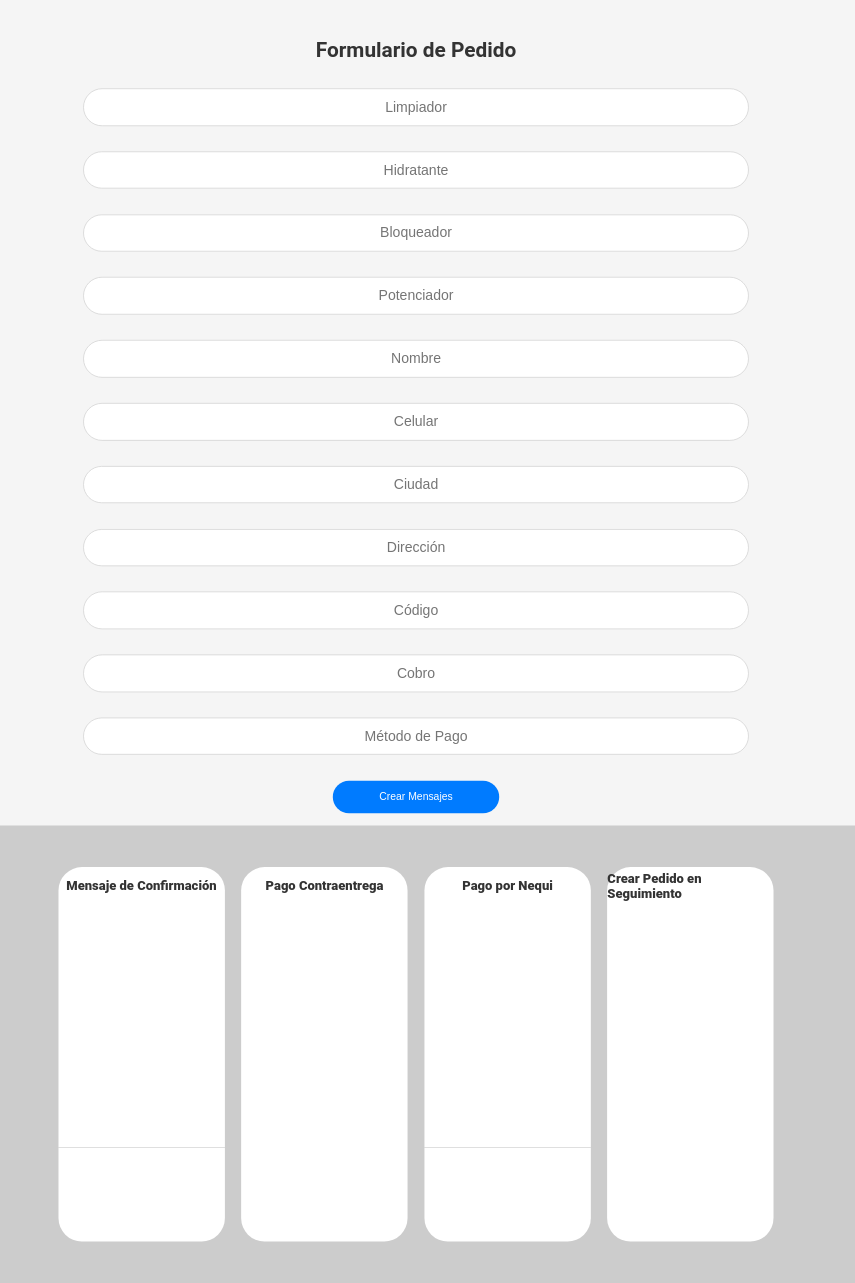
Repository: aCoupon0/intranet
Page: 1/venta-1.html
The author's editor kept a copy of each file at every save. The page is drawn from the files as they stood at one save, then again after the next save.
The browser window is 1280 px wide. The page is 1316 px wide, so the pictures cover 1316 px, including what lies to the right of the window. The pictures show the whole page, at 65% of full size.

Above is the page before, as saved 2024-12-09 13:45:32.

After the next save:
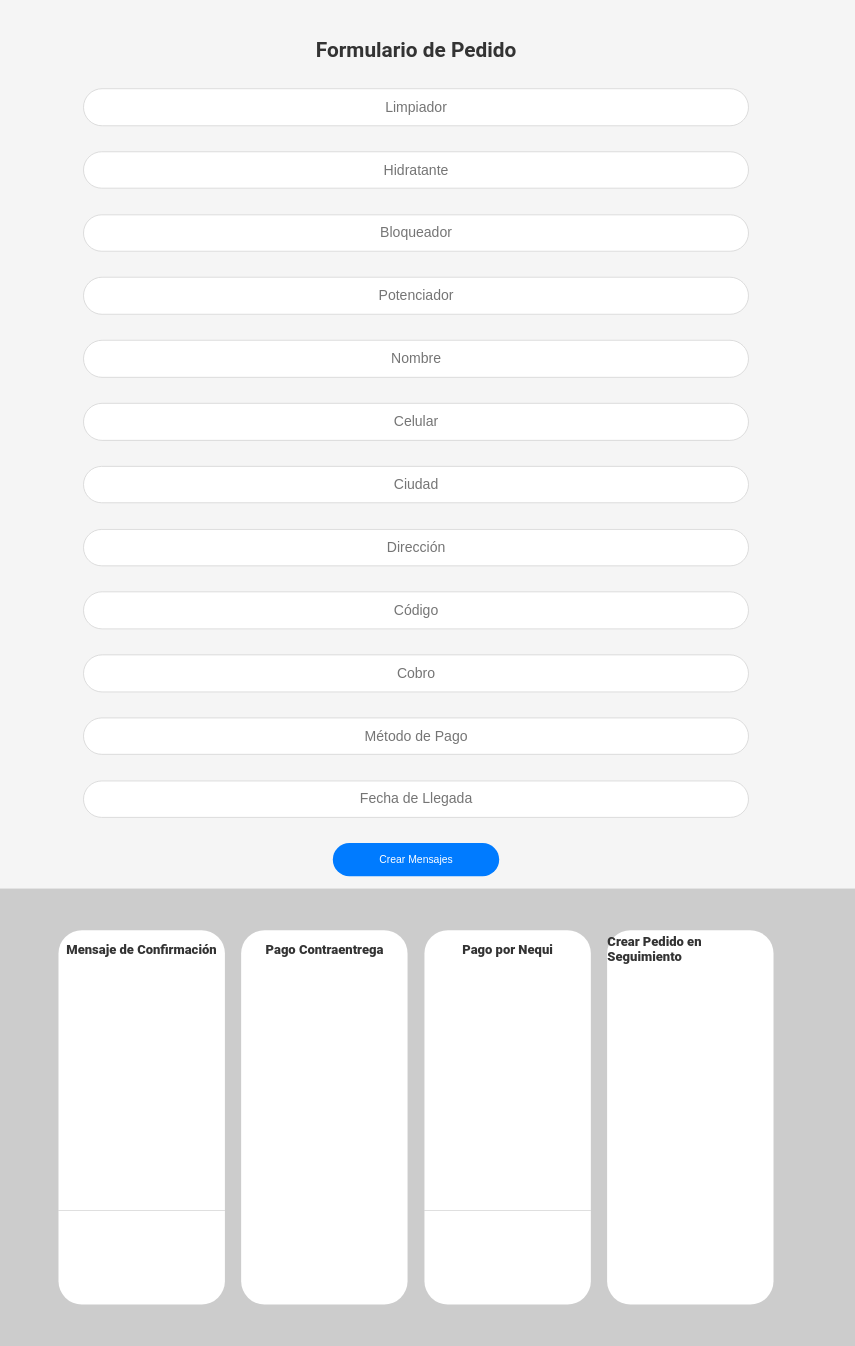
Saved 49 min 22 s later.
--- a/1/venta-1.html
+++ b/1/venta-1.html
@@ -27,6 +27,7 @@
     <input type="text" id="input-codigo" class="input-texto" placeholder="Código">
     <input type="text" id="input-cobro" class="input-texto" placeholder="Cobro">
     <input type="text" id="input-metodo" class="input-texto" placeholder="Método de Pago">
+    <input type="text" id="input-fecha" class="input-texto" placeholder="Fecha de Llegada">
 
     <!-- Botón para enviar -->
     <button id="boton-enviar" class="boton-enviar">Crear Mensajes</button>
